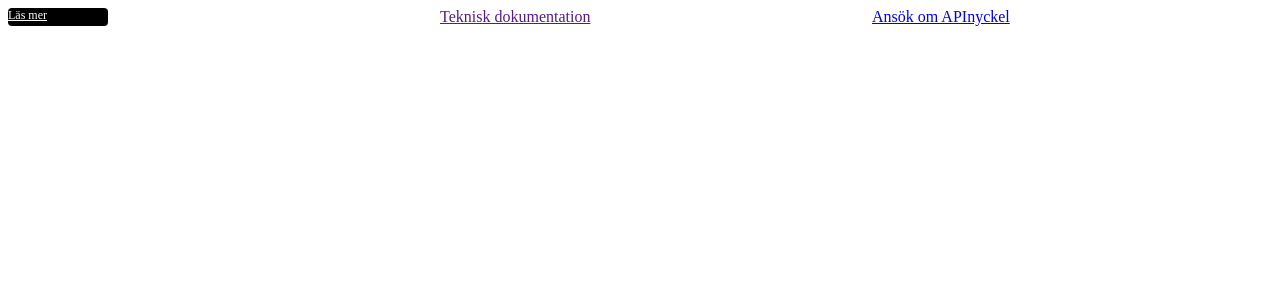
Repository: rudasn/docsy-cms-netlify
Page: layouts/partials/link.html
An editor plug-in stored every save of this project. The page is shown before and after the next save, followed by the edit.
The browser window is 1280 px wide. The pictures show the whole page.

Above is the page before, as saved 2021-05-11 12:45:51.

### layouts/partials/link.html

<style>
.button{
background-color: black;
border-radius: 4px;
text-align: start;
max-width: 25%;
max-height: auto;

font-size: 12px;


color: white

}
.bt_text {
color: white;}

.grid-container {
display: grid;
grid-template-columns: repeat(auto-fit, minmax(100px, 1fr ));

grid-gap: 32px;
grid-auto-flow: dense;

}
.link_right{
float: right;

}
/* Single column display for phones */
@media (max-width: 459px) {
    .grid-container {
      display: flex;
      flex-direction: column;
    }

}

</style>

<div class="grid-container p-0 ml-0">

    <a class="button" href="">Läs mer</a>

    <a class="link_right " href="">Teknisk dokumentation</a>

    <a class="link_right" href="https://apirequest.jobtechdev.se/">Ansök om APInyckel</a>

  </div>


<!--

<div >
    <div class="row m-0">
        <div class="column">
            <button class="list_btn">
                <a class ="bt_text"href="">Läs mer</a>
            </button>
        </div>
        <div class="column">
            <a href="">Teknisk dokumentation</a>
        </div>
        <div class="column">
            <a href="">Ansök om en APInyckel</a>
        </div>
    </div>

</div>
-->

After the next save:
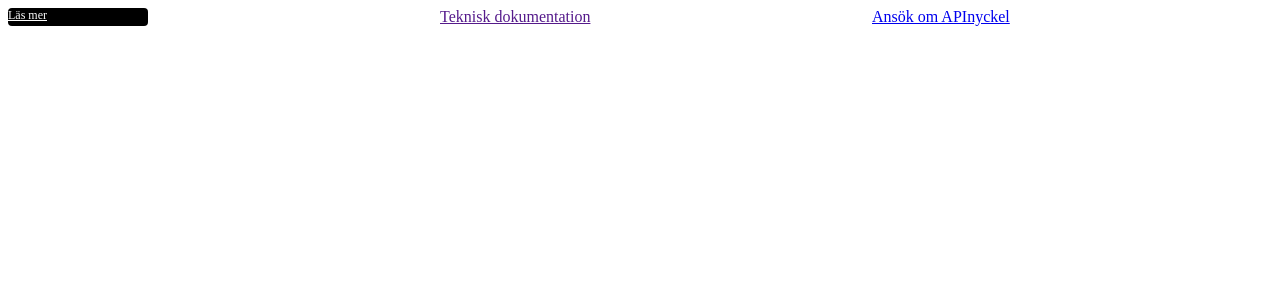
Saved 9 s later.
--- a/layouts/partials/link.html
+++ b/layouts/partials/link.html
@@ -4,7 +4,7 @@
 background-color: black;
 border-radius: 4px;
 text-align: start;
-max-width: 25%;
+max-width: 35%;
 max-height: auto;
 
 font-size: 12px;
